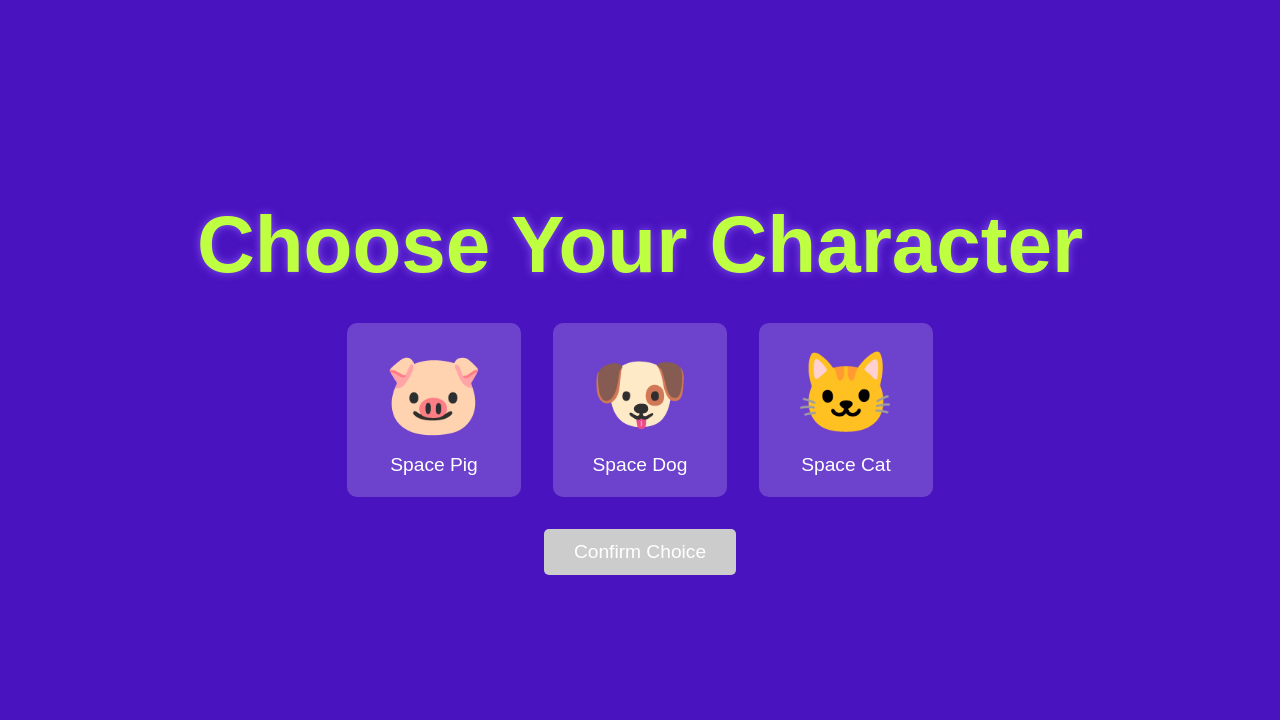
Repository: brunaguarizo/SpaceFarm
Page: index.html
An editor plug-in stored every save of this project. The page is shown before and after the next save, followed by the edit.
The browser window is 1280 px wide. The pictures show the whole page.
Some web fonts or font styles are not loaded; a fallback is used.

Above is the page before, as saved 2025-04-24 11:16:04.

### index.html
<!DOCTYPE html>
<html lang="en">
    <head>
        <meta charset="UTF-8" />
        <meta
            name="viewport"
            content="width=device-width, initial-scale=1.0" />
        <title>Space Animals Game</title>
        <link
            rel="stylesheet"
            href="styles.css" />

        <link
            rel="preconnect"
            href="https://fonts.googleapis.com" />
        <link
            rel="preconnect"
            href="https://fonts.gstatic.com"
            crossorigin />
        <link
            href="https://fonts.googleapis.com/css2?family=Ranchers&display=swap"
            rel="stylesheet" />
    </head>
    <body>
        <div id="game-container">
            <!-- Character Selection Screen -->
            <div id="character-select">
                <h1>Choose Your Character</h1>
                <div class="character-options">
                    <div
                        class="character-option"
                        data-character="pig">
                        <div class="character-icon">🐷</div>
                        <div class="character-label">Space Pig</div>
                    </div>
                    <div
                        class="character-option"
                        data-character="dog">
                        <div class="character-icon">🐶</div>
                        <div class="character-label">Space Dog</div>
                    </div>
                    <div
                        class="character-option"
                        data-character="cat">
                        <div class="character-icon">🐱</div>
                        <div class="character-label">Space Cat</div>
                    </div>
                </div>
                <button
                    id="confirm-btn"
                    disabled>
                    Confirm Choice
                </button>
            </div>

            <!-- Game Screen -->
            <div id="game-screen">
                <div id="player"></div>
                <div id="score-container">
                    <div id="score">Score: 0</div>
                    <button id="pause-btn">Pause</button>
                </div>
            </div>

            <!-- Pause Screen -->
            <div id="pause-screen">
                <h2>Game Paused</h2>
                <button id="resume-btn">Resume</button>
            </div>

            <!-- Game Over Screen -->
            <div id="game-over">
                <h2>Game Over</h2>
                <div id="final-score">Score: 0</div>
                <button id="restart-btn">Play Again</button>
            </div>
        </div>

        <script src="script.js"></script>
    </body>
</html>

### styles.css
body {
    margin: 0;
    padding: 0;
    overflow: hidden;
    font-family: var(--font-family);
    background-color: var(--mid-green);
}

#game-container {
    position: relative;
    width: 100vw;
    height: 100vh;
    background-image: url("img/space-bg.jpg");
    background-size: cover;
    overflow: hidden;
}

/* Character Selection Screen */
#character-select {
    position: absolute;
    width: 100%;
    height: 100%;
    display: flex;
    flex-direction: column;
    justify-content: center;
    align-items: center;
    z-index: 10;
    background-color: var(--dark-purple);
}

#character-select h1 {
    color: var(--light-green);
    font-size: var(--header);
    margin-bottom: 2rem;
    text-shadow: 0 0 10px var(--mid-purple);
}

.character-options {
    display: flex;
    gap: 2rem;
    margin-bottom: 2rem;
}

.character-option {
    width: 150px;
    height: 150px;
    background-color: rgba(255, 255, 255, 0.2);
    border-radius: 10px;
    display: flex;
    flex-direction: column;
    align-items: center;
    justify-content: center;
    cursor: pointer;
    transition: transform 0.3s, box-shadow 0.3s;
    padding: 10px;
    border: 2px solid transparent;
}

.character-option:hover {
    transform: scale(1.05);
    box-shadow: 0 0 15px rgba(255, 255, 255, 0.5);
}

.character-option.selected {
    border-color: #ff9900;
    box-shadow: 0 0 20px #ff9900;
}

.character-icon {
    width: 100px;
    height: 100px;
    font-size: 80px;
    display: flex;
    justify-content: center;
    align-items: center;
}

.character-label {
    color: white;
    font-size: 1.2rem;
    margin-top: 10px;
}

#confirm-btn {
    padding: 12px 30px;
    background-color: #4caf50;
    color: white;
    border: none;
    border-radius: 5px;
    font-size: 1.2rem;
    cursor: pointer;
    transition: background-color 0.3s;
}

#confirm-btn:hover {
    background-color: #45a049;
}

#confirm-btn:disabled {
    background-color: #cccccc;
    cursor: not-allowed;
}

/* Game Screen */
#game-screen {
    display: none;
    position: absolute;
    width: 100%;
    height: 100%;
}

#player {
    position: absolute;
    width: 60px;
    height: 60px;
    left: 100px;
    top: 50%;
    transform: translateY(-50%);
    font-size: 50px;
    line-height: 1;
    z-index: 5;
}

.asteroid {
    position: absolute;
    font-size: 30px;
    color: #aaa;
}

#score-container {
    position: absolute;
    top: 20px;
    right: 20px;
    display: flex;
    align-items: center;
    gap: 20px;
    z-index: 5;
}

#score {
    color: white;
    font-size: 24px;
    font-weight: bold;
    background-color: rgba(0, 0, 0, 0.5);
    padding: 10px 20px;
    border-radius: 10px;
}

#pause-btn {
    background-color: rgba(0, 0, 0, 0.5);
    color: white;
    border: none;
    border-radius: 5px;
    font-size: 18px;
    padding: 10px 15px;
    cursor: pointer;
    transition: background-color 0.3s;
}

#pause-btn:hover {
    background-color: rgba(0, 0, 0, 0.7);
}

/* Game Over Screen */
#game-over {
    display: none;
    position: absolute;
    top: 0;
    left: 0;
    width: 100%;
    height: 100%;
    background-color: rgba(0, 0, 0, 0.8);
    z-index: 15;
    flex-direction: column;
    justify-content: center;
    align-items: center;
}

#game-over h2 {
    color: #ff3333;
    font-size: 3.5rem;
    margin-bottom: 1rem;
    text-shadow: 0 0 10px rgba(255, 0, 0, 0.5);
}

#final-score {
    color: white;
    font-size: 2rem;
    margin-bottom: 2rem;
}

#restart-btn {
    padding: 12px 30px;
    background-color: #3366ff;
    color: white;
    border: none;
    border-radius: 5px;
    font-size: 1.2rem;
    cursor: pointer;
    transition: background-color 0.3s;
}

#restart-btn:hover {
    background-color: #2952cc;
}

/* Utility Classes */
.invisible {
    opacity: 0;
}

/* Pause Screen */
#pause-screen {
    display: none;
    position: absolute;
    top: 0;
    left: 0;
    width: 100%;
    height: 100%;
    background-color: rgba(0, 0, 0, 0.7);
    z-index: 12;
    flex-direction: column;
    justify-content: center;
    align-items: center;
    color: white;
}

#pause-screen h2 {
    font-size: 3rem;
    margin-bottom: 2rem;
}

#resume-btn {
    padding: 12px 30px;
    background-color: #4caf50;
    color: white;
    border: none;
    border-radius: 5px;
    font-size: 1.2rem;
    cursor: pointer;
    transition: background-color 0.3s;
}

#resume-btn:hover {
    background-color: #45a049;
}

/* --------------------------- variables  --------------------------- */
:root {
    --font-family: "Ranchers", sans-serif;
    --header: 80px;
    --text: 16px;

    --light-green: #bfff41;
    --mid-green: #a3de1a;
    --dark-green: #46b800;
    --light-pink: #ffc2ec;
    --mid-pink: #f0429c;
    --dark-pink: #910b64;
    --light-purple: #dcccff;
    --mid-purple: #8655ef;
    --dark-purple: #4913bf;
}

### script.js
// Game variables
let selectedCharacter = "";
let score = 0;
let playerElement;
let gameRunning = false;
let isPaused = false;
let playerY;
let asteroids = [];
let gameLoopInterval;
let asteroidInterval;
let gameHeight;
let gameWidth;

// Character emoji mapping
const characterEmojis = {
    pig: "🐷",
    dog: "🐶",
    cat: "🐱",
};

// Asteroid options
const asteroidOptions = ["🌑", "☄️", "🪨", "💫"];

// DOM elements
const characterOptions = document.querySelectorAll(".character-option");
const confirmBtn = document.getElementById("confirm-btn");
const characterSelectScreen = document.getElementById("character-select");
const gameScreen = document.getElementById("game-screen");
const pauseBtn = document.getElementById("pause-btn");
const pauseScreen = document.getElementById("pause-screen");
const resumeBtn = document.getElementById("resume-btn");
const gameOverScreen = document.getElementById("game-over");
const finalScoreDisplay = document.getElementById("final-score");
const restartBtn = document.getElementById("restart-btn");
const scoreDisplay = document.getElementById("score");

// Initialize the game
function init() {
    // Character selection event listeners
    characterOptions.forEach((option) => {
        option.addEventListener("click", () => {
            // Remove selected class from all options
            characterOptions.forEach((opt) => opt.classList.remove("selected"));
            // Add selected class to clicked option
            option.classList.add("selected");
            // Store selected character
            selectedCharacter = option.dataset.character;
            // Enable confirm button
            confirmBtn.disabled = false;
        });
    });

    // Confirm button event listener
    confirmBtn.addEventListener("click", startGame);

    // Pause button event listener
    pauseBtn.addEventListener("click", togglePause);

    // Resume button event listener
    resumeBtn.addEventListener("click", togglePause);

    // Restart button event listener
    restartBtn.addEventListener("click", restartGame);

    // Keyboard event listeners
    document.addEventListener("keydown", handleKeyPress);
}

// Start the game
function startGame() {
    // Hide character selection screen
    characterSelectScreen.style.display = "none";
    // Show game screen
    gameScreen.style.display = "block";

    // Set up player
    playerElement = document.getElementById("player");
    playerElement.innerHTML = characterEmojis[selectedCharacter];

    // Initialize variables
    gameHeight = window.innerHeight;
    gameWidth = window.innerWidth;
    score = 0;
    updateScore();
    playerY = gameHeight / 2;
    gameRunning = true;
    isPaused = false;
    asteroids = [];

    // Position player
    updatePlayerPosition();

    // Start game loop
    gameLoopInterval = setInterval(gameLoop, 16); // ~60fps

    // Start spawning asteroids
    spawnAsteroid(); // Spawn first asteroid immediately
    asteroidInterval = setInterval(spawnAsteroid, 1500); // Then every 1.5 seconds
}

// Game loop
function gameLoop() {
    if (!gameRunning || isPaused) return;

    // Move asteroids
    moveAsteroids();

    // Check collisions
    checkCollisions();
}

// Handle keyboard input
function handleKeyPress(e) {
    if (!gameRunning || isPaused) return;

    const moveDistance = 20;

    if (e.key === "ArrowUp" || e.key === "w") {
        // Move up
        playerY = Math.max(50, playerY - moveDistance);
        updatePlayerPosition();
    } else if (e.key === "ArrowDown" || e.key === "s") {
        // Move down
        playerY = Math.min(gameHeight - 50, playerY + moveDistance);
        updatePlayerPosition();
    }
}

// Update player position on screen
function updatePlayerPosition() {
    playerElement.style.top = `${playerY}px`;
}

// Spawn a new asteroid
function spawnAsteroid() {
    if (!gameRunning || isPaused) return;

    // Create asteroid element
    const asteroid = document.createElement("div");
    asteroid.classList.add("asteroid");

    // Set random asteroid type
    const asteroidType =
        asteroidOptions[Math.floor(Math.random() * asteroidOptions.length)];
    asteroid.innerHTML = asteroidType;

    // Set random position (y-axis)
    const asteroidY = Math.random() * (gameHeight - 100) + 50;

    // Set asteroid properties
    asteroid.style.left = `${gameWidth}px`;
    asteroid.style.top = `${asteroidY}px`;

    // Add to game screen
    gameScreen.appendChild(asteroid);

    // Add to asteroids array
    asteroids.push({
        element: asteroid,
        x: gameWidth,
        y: asteroidY,
        speed: Math.random() * 3 + 5, // Random speed between 5-8
        passed: false,
    });
}

// Move all asteroids
function moveAsteroids() {
    for (let i = asteroids.length - 1; i >= 0; i--) {
        const asteroid = asteroids[i];

        // Move asteroid
        asteroid.x -= asteroid.speed;
        asteroid.element.style.left = `${asteroid.x}px`;

        // Check if asteroid passed the player
        if (!asteroid.passed && asteroid.x < 100) {
            asteroid.passed = true;
            score += 10;
            updateScore();
        }

        // Remove asteroid if it's off-screen
        if (asteroid.x < -50) {
            gameScreen.removeChild(asteroid.element);
            asteroids.splice(i, 1);
        }
    }
}

// Check for collisions
function checkCollisions() {
    const playerRect = {
        x: 100,
        y: playerY - 30,
        width: 60,
        height: 60,
    };

    for (const asteroid of asteroids) {
        const asteroidRect = {
            x: asteroid.x,
            y: asteroid.y - 15,
            width: 30,
            height: 30,
        };

        // Check if player and asteroid rectangles intersect
        if (
            playerRect.x < asteroidRect.x + asteroidRect.width &&
            playerRect.x + playerRect.width > asteroidRect.x &&
            playerRect.y < asteroidRect.y + asteroidRect.height &&
            playerRect.y + playerRect.height > asteroidRect.y
        ) {
            // Collision detected
            gameOver();
            return;
        }
    }
}

// Update score display
function updateScore() {
    scoreDisplay.textContent = `Score: ${score}`;
}

// Toggle pause state
function togglePause() {
    isPaused = !isPaused;

    if (isPaused) {
        pauseScreen.style.display = "flex";
    } else {
        pauseScreen.style.display = "none";
    }
}

// Game over
function gameOver() {
    gameRunning = false;

    // Clear intervals
    clearInterval(gameLoopInterval);
    clearInterval(asteroidInterval);

    // Update final score
    finalScoreDisplay.textContent = `Score: ${score}`;

    // Show game over screen
    gameOverScreen.style.display = "flex";
}

// Restart game
function restartGame() {
    // Clear asteroids
    asteroids.forEach((asteroid) => {
        if (asteroid.element.parentNode) {
            asteroid.element.parentNode.removeChild(asteroid.element);
        }
    });

    // Hide game over screen
    gameOverScreen.style.display = "none";

    // Go back to character selection
    gameScreen.style.display = "none";
    characterSelectScreen.style.display = "flex";

    // Reset character selection
    characterOptions.forEach((opt) => opt.classList.remove("selected"));
    confirmBtn.disabled = true;
    selectedCharacter = "";
}

// Initialize the game when the page loads
window.addEventListener("load", init);

After the next save:
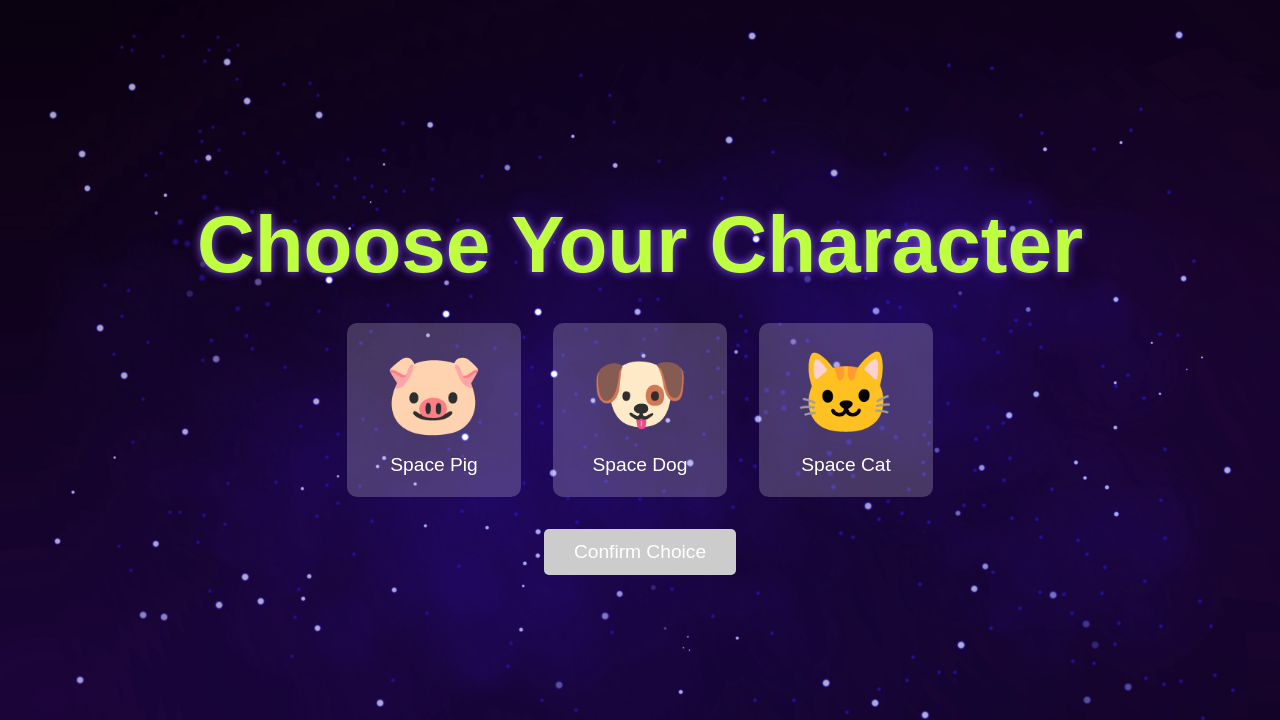
Saved 10 s later.
--- a/styles.css
+++ b/styles.css
@@ -25,7 +25,6 @@ body {
     justify-content: center;
     align-items: center;
     z-index: 10;
-    background-color: var(--dark-purple);
 }
 
 #character-select h1 {
